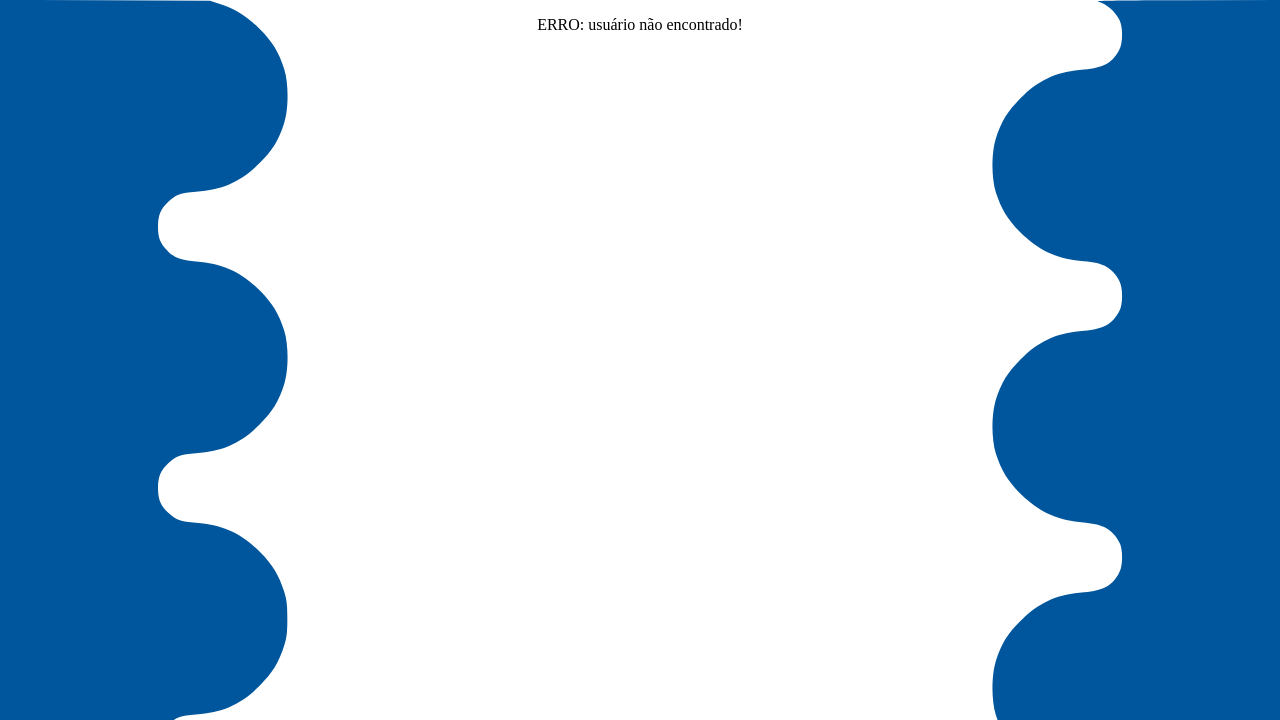
Repository: ArtMainardi/projeto-ctw-front
Page: usuario/usuario.html
An editor plug-in stored every save of this project. The page is shown before and after the next save, followed by the edit.
The browser window is 1280 px wide. The pictures show the whole page.
The page's requests for data from a server got no answer.

Above is the page before, as saved 2026-06-15 18:16:46.

### usuario/usuario.html
<!DOCTYPE html>
<html lang="pt-br">
<head>
    <meta charset="UTF-8">
    <meta name="viewport" content="width=device-width, initial-scale=1.0">
    <title>Projeto CTW+</title>
    <link rel="stylesheet" href="style.css">
    <link rel="stylesheet" href="index.css">
    <link rel="stylesheet" href="usuario.css">
</head>
<body>
    <div class="container-barras-laterais">
        <img src="/images/efeito-lateral.svg" alt="Efeito lateral da página principal" id="barra-lateral1">
        <img src="/images/efeito-lateral.svg" alt="Efeito lateral da página principal" id="barra-lateral2">
    </div>

    <main id="error-main">
        <p id="feedback-message"></p>
    </main>

    <main id="main" style="display: none;">
        <h1>Perfil do Usuário</h1>
        <p id="nome-usuario"></p>
        <p id="cpf-usuario"></p>
        <p id="email-usuario"></p>
        <p id="nascimento-usuario"></p>

        <button id="logout-button" onclick=logout()>Desconectar da conta</button>

        <div class="menu">
            <li class="adm-feature" style="display: none;"><a href="../gerenciar-usuarios/gerenciarUsuarios.html">Gerenciar Usuários</a></li>
            <li><a href="">Materias</a></li>
            <li><a href="../tela-inicial/telaInicial.html">Notícias</a></li>
            <li><a href="">Cardapio</a></li>
            <li><a href="">Ranqueamento</a></li>
            <li><a href="">Usuário</a></li>
        </div>
    </main>

    <script src="./usuario-script.js"></script>
    <script src="../userVerification-script.js"></script>
</body>
</html>

### style.css
*{
    box-sizing: border-box;
}

body {
    margin: 0;
}

:root{
    --corM: #00569D;
    --corBolha: #D9D9D9;
    --corCampo: #AEAEAE;
    --corBotaoOFF: #929292;
    --corBotaoON: #757575;
}

@font-face{
    src: url(fonts/Inter-VariableFont_opsz\,wght.ttf);
    font-family: "fontM";
}

.bolha{
    border-radius: 34px;
    padding: 10px 25px;
    background-color: var(--corBolha);
    display: flex;
    flex-direction: column;
}

.titulo{
    font-family: fontM;
    margin: 2px;
}

.campo{
    font-family: fontM;
    padding: 1% 5%;
    border: none;
    border-radius: 10px;
    background-color: var(--corCampo);
    margin: 2px;
}

.botao{
    font-family: fontM;
    border: none;
    padding: 1% 5%;
    border-radius: 34px;
    text-align: center;
    background-color: var(--corBotaoOFF);
    margin: 2px;
    height: 30px;
}

.botao:hover{
    font-weight: bold;
    background-color: var(--corBotaoON);
}

.botao:active{
    font-weight: bold;
    border: 2px inset var(--corBotaoOFF);
    font-size: 0.8em;
}

.texto{
    font-family: fontM;
    text-align: center;
    padding: 0;
}

.logo-ctw{
    zoom: 55%;
    margin: 20px;
}

.bola{
    background-color: var(--corM);
    border-radius: 50%;
    opacity: 50%;
    position: fixed;
}


#bola1{
    height: 100px;
    width: 100px;
    top: 45px;
    left: 400px;
}

#bola2{
    height: 800px;
    width: 800px;
    top: 450px;
    left: -250px;
}

#bola3{
    height: 200px;
    width: 200px;
    top: -65px;
    left: 1300px;
}

#bola4{
    height: 700px;
    width: 700px;
    top: 350px;
    left: 1400px;
}

### index.css
main{
    height: 100%;
    display: flex;
    flex-direction: column;
    align-items: center;
}

.logo-ctw{
    margin-top: 15%;
}

.bolha{
    width: 400px;
}

.botao{
    margin-top: 5%;
}

#barra-lateral1 {
    position: fixed;
    left: 0;
}

#barra-lateral2 {
    position: fixed;
    right: 0;
    transform: scale(-1);
}

### usuario/usuario-script.js
window.addEventListener("load", async function() {
    console.log("AAAA");
    // Definindo as variáveis dos elementos do HTML:
    const nome = document.getElementById("nome-usuario");
    const cpf = document.getElementById("cpf-usuario");
    const email = document.getElementById("email-usuario");
    const nascimento = document.getElementById("nascimento-usuario");

    // Buscando o usuário no banco de dados:
    const API = await fetch(`http://localhost:8055/${tipoUsuario}/${usuarioId}`, {
        method: "GET"
    });
    const usuario = await API.json();

    // Colocando os dados do usuário nos elementos:
    nome.innerHTML = "Nome: " + usuario[`nome_${tipoUsuario}`];
    cpf.innerHTML = "CPF: " + usuario[`cpf_${tipoUsuario}`];
    email.innerHTML = "Email: " + usuario[`email_${tipoUsuario}`];
    nascimento.innerHTML = "Data de Nascimento: " + usuario[`data_nascimento_${tipoUsuario}`];
});

function logout(){
    localStorage.setItem("usuarioId", null);
    localStorage.setItem("tipoUsuario", null);

    window.location.replace("../index.html");
}

### userVerification-script.js
// Pegando dados salvos localmente:
const usuarioId = localStorage.getItem("usuarioId");
const tipoUsuario = localStorage.getItem("tipoUsuario");

// Verificando usuário salvo para então mostrar a página:
window.addEventListener("load", async function() {
    const main = document.getElementById("main");
    const errorMain = document.getElementById("error-main");
    const feedback = document.getElementById("feedback-message");

    feedback.innerHTML = "Carregando...";

    // Verificando se existe o usuário com o ID salvo:
    if(tipoUsuario == "professor"){ // Procurando na lista de professores:
        const API = await fetch(`http://localhost:8055/professor/${usuarioId}`, {
            method: "GET"
        });

        if(API.ok){
            usuario = await API.json();
            if(usuario.adm){ // Verificando se não é ADM, para liberar as funções de ADM
                const admElements = document.querySelectorAll(".adm-feature");
                admElements.forEach(element => {
                    element.style.display = "block";
                });
            }
            main.style.display = "block";
            errorMain.style.display = "none";
        }
    } else if(tipoUsuario == "aluno"){ // Procurando na lista de alunos:
        const API = await fetch(`http://localhost:8055/aluno/${usuarioId}`, {
            method: "GET"
        });

        if(API.ok){
            if(window.location.pathname.includes("/gerenciar")){
                feedback.innerHTML = "ERRO: esse usuário não tem permissão para acessar essa página!";
            } else{
                main.style.display = "block";
                errorMain.style.display = "none";
            }
        } else{ // Mostrando erro se não encontrar o usuário:
            feedback.innerHTML = "ERRO: usuário não encontrado!";
        }
    } else{ // Mostrando erro se não encontrar o usuário:
        feedback.innerHTML = "ERRO: usuário não encontrado!";
    }
});

### index.html
<!DOCTYPE html>
<html lang="pt-br">
<head>
    <meta charset="UTF-8">
    <meta name="viewport" content="width=device-width, initial-scale=1.0">
    <title>Projeto CTW+</title>
</head>
<body>
    <header>
    </header>

    <main>
        <h1>Login</h1>
        <input id="email" type="text" placeholder="Digite seu email">
        <input id="senha" type="password" placeholder="Digite sua senha">
        <button onclick="logar()">Entrar</button>
        <ul id="feedback-message"></ul>
    </main>

    <script src="/index-script.js"></script>
</body>
</html>

Loaded but not shown: usuario/usuario.css (no stored copy; drawn as an empty file)

After the next save:
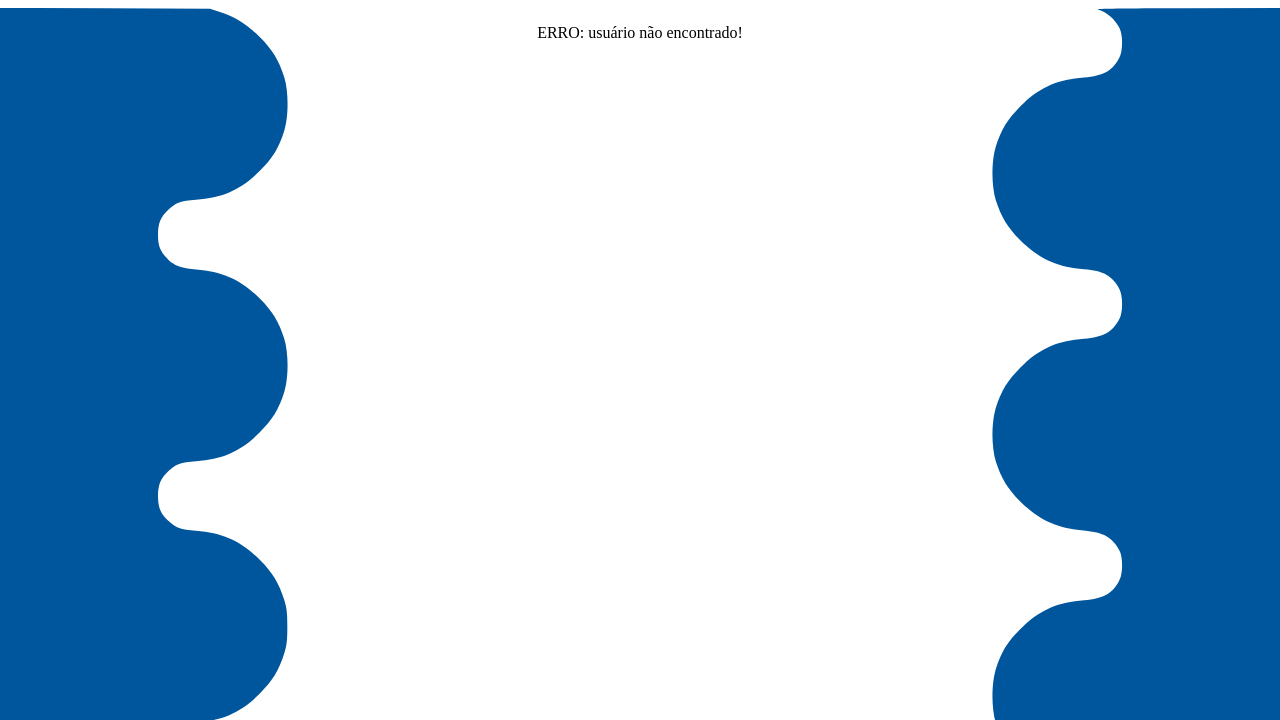
Saved 88 s later.
--- a/usuario/usuario.html
+++ b/usuario/usuario.html
@@ -4,7 +4,7 @@
     <meta charset="UTF-8">
     <meta name="viewport" content="width=device-width, initial-scale=1.0">
     <title>Projeto CTW+</title>
-    <link rel="stylesheet" href="style.css">
+    <link rel="stylesheet" href="/">
     <link rel="stylesheet" href="index.css">
     <link rel="stylesheet" href="usuario.css">
 </head>

After the 3 saves that followed:
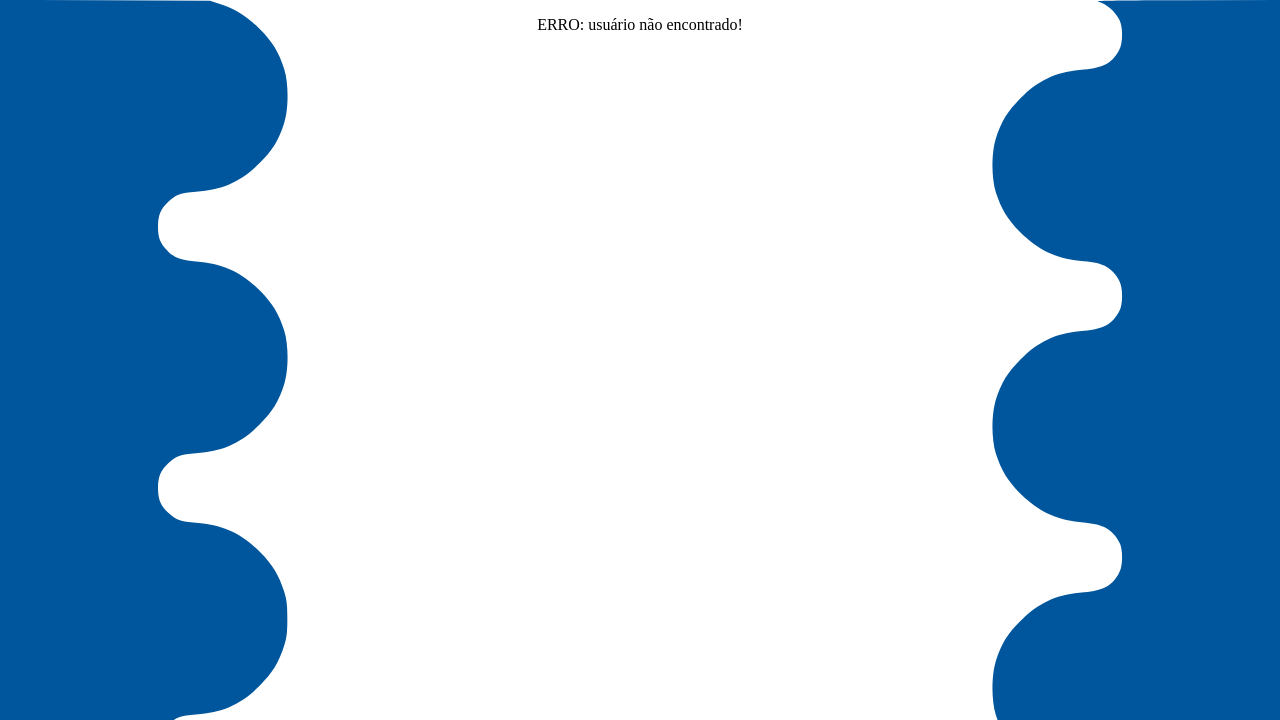
The 3 saves are shown as one change because 1 left the picture as it was and some came seconds apart.
The last was saved 18 s later.
--- a/usuario/usuario.html
+++ b/usuario/usuario.html
@@ -4,8 +4,8 @@
     <meta charset="UTF-8">
     <meta name="viewport" content="width=device-width, initial-scale=1.0">
     <title>Projeto CTW+</title>
-    <link rel="stylesheet" href="/">
-    <link rel="stylesheet" href="index.css">
+    <link rel="stylesheet" href="/index.css">
+    <link rel="stylesheet" href="/style.css">
     <link rel="stylesheet" href="usuario.css">
 </head>
 <body>
